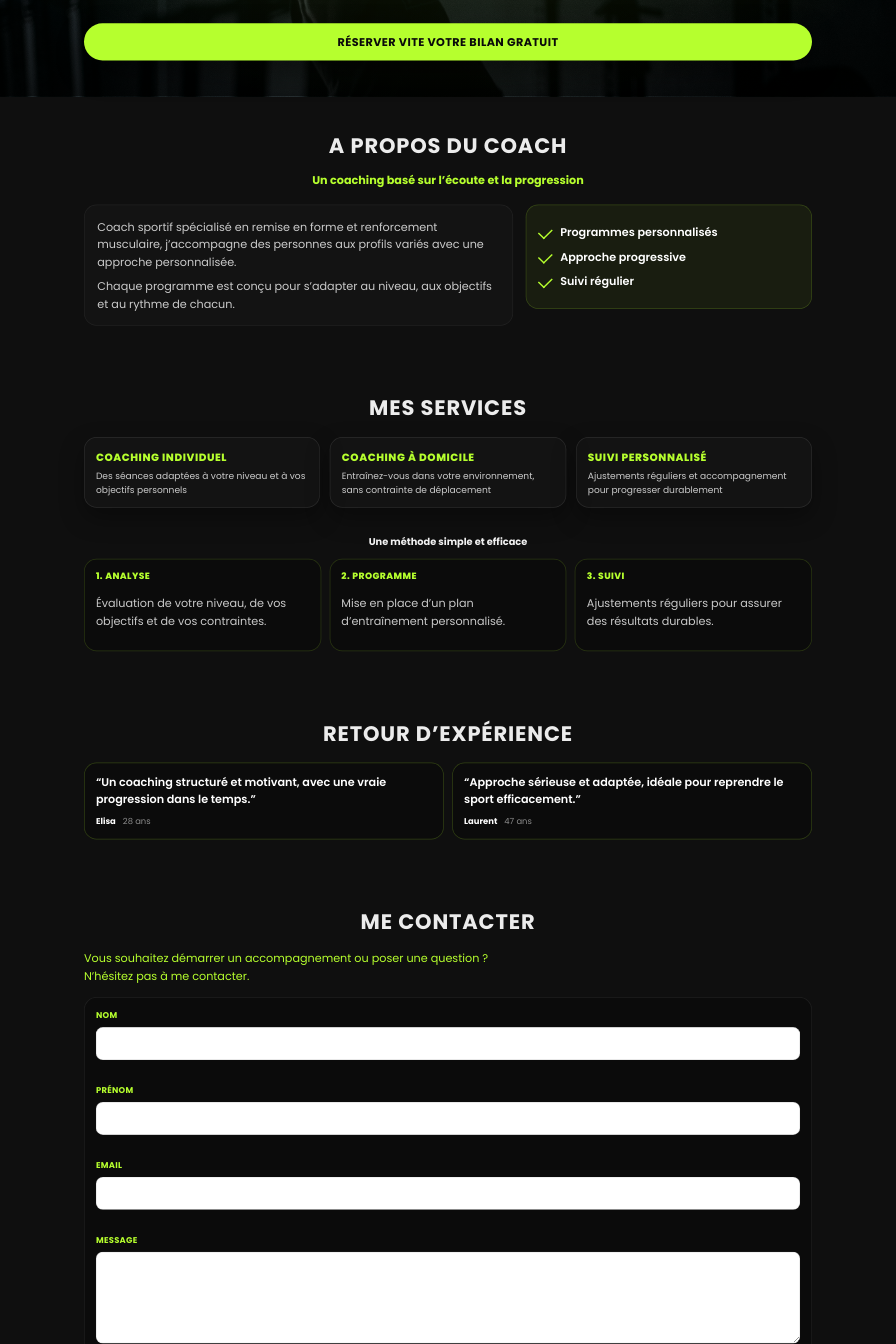
Repository: ThomasHdrd/CoachFitness
Page: index.html
These files come from the project's save history. The page is drawn as it stood at one moment and after the next save; the edit follows.
The browser window is 1280 px wide. The pictures show the part of the page from y = 375 to 2295 px (the page is 3008 px tall before and 3021 px after), at 70% of full size.

Above is the page before, as saved 2026-01-20 22:03:55.

### index.html
<!doctype html>
<html lang="fr">
<head>
  <meta charset="utf-8" />
  <meta name="viewport" content="width=device-width, initial-scale=1" />
  <title>Coach Fitness — Landing Page</title>

  <!-- Poppins -->
  <link rel="preconnect" href="https://fonts.googleapis.com">
  <link rel="preconnect" href="https://fonts.gstatic.com" crossorigin>
  <link href="https://fonts.googleapis.com/css2?family=Poppins:wght@300;400;500;600;700;800&display=swap" rel="stylesheet">

  <link rel="stylesheet" href="styles.css" />
</head>
<body>
  <!-- Header -->
  <header class="site-header" id="top">
    <div class="container header-inner">
      <a class="brand" href="#top" aria-label="Retour en haut">
        <span class="brand-dot" aria-hidden="true"></span>
        <span class="brand-text">Coach Fitness</span>
      </a>

      <button class="nav-toggle" aria-controls="site-nav" aria-expanded="false">
        <span class="sr-only">Ouvrir le menu</span>
        <span class="burger" aria-hidden="true"></span>
      </button>

      <nav class="site-nav" id="site-nav" aria-label="Navigation principale">
        <a class="nav-link" href="#accueil">Accueil</a>
        <a class="nav-link" href="#apropos">A propos</a>
        <a class="nav-link" href="#services">Services</a>
        <a class="nav-link" href="#avis">Avis</a>
        <a class="nav-link nav-cta" href="#contact">Contact</a>
      </nav>
    </div>
  </header>

  <main>
    <!-- HERO -->
    <section class="hero" id="accueil">
      <div class="hero-overlay" aria-hidden="true"></div>
      <div class="container hero-content">
        <p class="hero-kicker">Coaching sportif personnalisé</p>
        <h1 class="hero-title accent">Atteignez vos objectifs. Progressez durablement</h1>
        <p class="hero-subtitle">
          Un accompagnement sportif sur mesure, adapté à votre niveau et à votre rythme
        </p>
        <a class="btn btn-primary" href="#contact">RÉSERVER VITE VOTRE BILAN GRATUIT</a>
      </div>
    </section>

    <!-- A PROPOS -->
    <section class="section" id="apropos">
      <div class="container">
        <h2 class="section-title">A PROPOS DU COACH</h2>
        <h3 class="section-lead accent">Un coaching basé sur l’écoute et la progression</h3>

        <div class="about-grid">
          <div class="about-text">
            <p class="muted">
              Coach sportif spécialisé en remise en forme et renforcement musculaire, j’accompagne des personnes aux profils variés
              avec une approche personnalisée.
            </p>
            <p class="muted">
              Chaque programme est conçu pour s’adapter au niveau, aux objectifs et au rythme de chacun.
            </p>
          </div>

          <ul class="checks">
            <li>Programmes personnalisés</li>
            <li>Approche progressive</li>
            <li>Suivi régulier</li>
          </ul>
        </div>
      </div>
    </section>

    <!-- SERVICES -->
    <section class="section" id="services">
      <div class="container">
        <h2 class="section-title">MES SERVICES</h2>

        <div class="cards">
          <article class="card">
            <h3 class="card-title accent">COACHING INDIVIDUEL</h3>
            <p class="card-text">Des séances adaptées à votre niveau et à vos objectifs personnels</p>
          </article>

          <article class="card">
            <h3 class="card-title accent">COACHING À DOMICILE</h3>
            <p class="card-text">Entraînez-vous dans votre environnement, sans contrainte de déplacement</p>
          </article>

          <article class="card">
            <h3 class="card-title accent">SUIVI PERSONNALISÉ</h3>
            <p class="card-text">Ajustements réguliers et accompagnement pour progresser durablement</p>
          </article>
        </div>

        <div class="method">
          <h3 class="method-title">Une méthode simple et efficace</h3>

          <div class="method-steps">
            <div class="step">
              <div class="step-num accent">1. ANALYSE</div>
              <p class="muted">Évaluation de votre niveau, de vos objectifs et de vos contraintes.</p>
            </div>
            <div class="step">
              <div class="step-num accent">2. PROGRAMME</div>
              <p class="muted">Mise en place d’un plan d’entraînement personnalisé.</p>
            </div>
            <div class="step">
              <div class="step-num accent">3. SUIVI</div>
              <p class="muted">Ajustements réguliers pour assurer des résultats durables.</p>
            </div>
          </div>
        </div>
      </div>
    </section>

    <!-- AVIS -->
    <section class="section" id="avis">
      <div class="container">
        <h2 class="section-title">RETOUR D’EXPÉRIENCE</h2>

        <div class="testimonials">
          <figure class="testimonial">
            <blockquote>
              “Un coaching structuré et motivant, avec une vraie progression dans le temps.”
            </blockquote>
            <figcaption>
              <span class="name">Elisa</span>
              <span class="meta">28 ans</span>
            </figcaption>
          </figure>

          <figure class="testimonial">
            <blockquote>
              “Approche sérieuse et adaptée, idéale pour reprendre le sport efficacement.”
            </blockquote>
            <figcaption>
              <span class="name">Laurent</span>
              <span class="meta">47 ans</span>
            </figcaption>
          </figure>
        </div>
      </div>
    </section>

    <!-- CONTACT -->
    <section class="section" id="contact">
      <div class="container">
        <h2 class="section-title">ME CONTACTER</h2>
        <p class="contact-lead accent">
          Vous souhaitez démarrer un accompagnement ou poser une question ?<br />
          N’hésitez pas à me contacter.
        </p>

        <form class="form" id="contactForm" novalidate>
          <div class="field">
            <label for="nom">Nom</label>
            <input id="nom" name="nom" type="text" autocomplete="family-name" required />
            <small class="error" data-error-for="nom"></small>
          </div>

          <div class="field">
            <label for="prenom">Prénom</label>
            <input id="prenom" name="prenom" type="text" autocomplete="given-name" required />
            <small class="error" data-error-for="prenom"></small>
          </div>

          <div class="field">
            <label for="email">Email</label>
            <input id="email" name="email" type="email" autocomplete="email" required />
            <small class="error" data-error-for="email"></small>
          </div>

          <div class="field">
            <label for="message">Message</label>
            <textarea id="message" name="message" rows="5" required></textarea>
            <small class="error" data-error-for="message"></small>
          </div>

          <button class="btn btn-primary btn-wide" type="submit">ENVOYER</button>
          <p class="form-note muted" id="formStatus" role="status" aria-live="polite"></p>
        </form>
      </div>
    </section>

    <!-- FAQ -->
    <section class="section" id="faq">
      <div class="container">
        <h2 class="section-title">QUESTIONS FRÉQUENTES</h2>

        <div class="faq">
          <details class="faq-item" open>
            <summary>À qui s’adresse le coaching ?</summary>
            <div class="faq-body muted">
              Le coaching s’adresse à toute personne souhaitant reprendre le sport, améliorer sa condition physique ou atteindre un objectif précis
              (remise en forme, renforcement musculaire, perte de poids, bien-être). Les programmes sont adaptés au niveau, au rythme et aux contraintes de chacun.
            </div>
          </details>

          <details class="faq-item">
            <summary>Faut-il déjà être sportif pour commencer ?</summary>
            <div class="faq-body muted">
              Non. Le coaching s’adapte à votre niveau actuel. La progression est construite étape par étape, avec une intensité ajustée.
            </div>
          </details>

          <details class="faq-item">
            <summary>Comment se déroule le suivi ?</summary>
            <div class="faq-body muted">
              Après une analyse de votre situation, un programme personnalisé est mis en place puis ajusté régulièrement selon vos retours et votre progression.
            </div>
          </details>

          <details class="faq-item">
            <summary>Le coaching se fait-il à domicile ou en salle ?</summary>
            <div class="faq-body muted">
              Les deux sont possibles. Le format dépend de vos préférences, de votre matériel et de vos contraintes de planning.
            </div>
          </details>

          <details class="faq-item">
            <summary>Le premier échange est-il gratuit ?</summary>
            <div class="faq-body muted">
              Oui. Le premier échange permet de comprendre votre besoin et de déterminer l’accompagnement le plus adapté, sans engagement.
            </div>
          </details>
        </div>
      </div>
    </section>
  </main>

  <!-- Footer -->
  <footer class="site-footer">
    <div class="container footer-inner">
      <p class="footer-tag muted">Coaching personnalisé • Progression durable • Bien-être</p>
      <p class="footer-copy muted">© 2026 Coach Sportif Indépendant • Tous droits réservés.</p>
    </div>
  </footer>

  <script src="app.js" defer></script>
</body>
</html>

### styles.css
:root{
  --bg: #0F0F0F;            /* demandé */
  --bar: rgba(0,0,0,.90);   /* header/footer */
  --accent: #B6FF2E;        /* demandé */
  --text: #FFFFFF;
  --muted: rgba(255,255,255,.78);
  --muted2: rgba(255,255,255,.62);
  --line: rgba(182,255,46,.38);
  --card: rgba(255,255,255,.04);
  --shadow: 0 16px 40px rgba(0,0,0,.45);
  --radius: 14px;
  --radius-lg: 18px;
  --max: 1040px;
}

*{ box-sizing: border-box; }
html{ scroll-behavior: smooth; }
body{
  margin:0;
  font-family: "Poppins", system-ui, -apple-system, Segoe UI, Roboto, Arial, sans-serif;
  background: var(--bg);
  color: var(--text);
}

.container{
  width:min(100% - 40px, var(--max));
  margin-inline:auto;
}

.sr-only{
  position:absolute;
  width:1px;height:1px;
  padding:0;margin:-1px;
  overflow:hidden;clip:rect(0,0,0,0);
  white-space:nowrap;border:0;
}

/* Header */
.site-header{
  position: sticky;
  top: 0;
  z-index: 50;
  background: var(--bar);
  backdrop-filter: blur(8px);
  border-bottom: 1px solid rgba(255,255,255,.06);
}

.header-inner{
  height: 64px;
  display:flex;
  align-items:center;
  justify-content:space-between;
  gap: 14px;
}

.brand{
  display:flex;
  align-items:center;
  gap:10px;
  text-decoration:none;
  color: var(--text);
  font-weight: 700;
  letter-spacing:.3px;
}
.brand-dot{
  width:10px;height:10px;
  border-radius:999px;
  background: var(--accent);
  box-shadow: 0 0 0 6px rgba(182,255,46,.12);
}
.brand-text{ font-size: 14px; opacity:.95; }

.site-nav{
  display:flex;
  align-items:center;
  gap: 18px;
}
.nav-link{
  color: var(--text);
  text-decoration:none;
  font-size: 13px;
  opacity: .88;
  transition: opacity .2s ease, color .2s ease;
  padding: 10px 6px;
}
.nav-link:hover{ opacity:1; color: var(--accent); }

.nav-cta{
  border: 1px solid rgba(182,255,46,.45);
  border-radius: 999px;
  padding: 10px 14px;
}
.nav-cta:hover{
  background: rgba(182,255,46,.10);
}

/* Mobile nav */
.nav-toggle{
  display:none;
  border:0;
  background: transparent;
  color: var(--text);
  padding: 10px;
  border-radius: 10px;
}
.nav-toggle:hover{ background: rgba(255,255,255,.06); }
.burger{
  width: 22px; height: 2px;
  display:block;
  background: var(--text);
  position: relative;
}
.burger::before,.burger::after{
  content:"";
  position:absolute;
  left:0;
  width:22px;height:2px;
  background: var(--text);
}
.burger::before{ top:-7px; }
.burger::after{ top:7px; }

/* Hero */
.hero{
  position: relative;
  min-height: 50vh;
  display:flex;
  align-items:center;
  padding: 52px 0;
  background:
    linear-gradient(180deg, rgba(0,0,0,.55), rgba(0,0,0,.88)),
    url("assets/hero.jpg") center/cover no-repeat;
  background-position: center 30%;
}
.hero-overlay{
  position:absolute;
  inset:0;
  background: radial-gradient(1200px 600px at 50% 25%, rgba(182,255,46,.10), transparent 60%);
  pointer-events:none;
}
.hero-content{
  position:relative;
  text-align:center;
}
.hero-kicker{
  margin:0 0 10px;
  font-size: 56px;
  max-width: fit-content;
  letter-spacing: .6px;
  text-transform: uppercase;
  font-weight: bold;
}
.hero-title{
  margin: 0 auto;
  font-size: 40px;
  max-width: fit-content;
  margin:0 0 10px;
}
.hero-title .accent{
  display:block;
  color: var(--accent);
  font-weight: 800;
  text-transform:none;
  margin-top: 8px;
  max-width: fit-content;
}
.hero-subtitle{
  margin: 16px auto 22px;
  padding-top: 30px;
  color: var(--muted);
  font-size: 25px;
  line-height: 1.55;
  padding-bottom: 30px;
}

/* Buttons */
.btn{
  display:inline-flex;
  align-items:center;
  justify-content:center;
  gap:10px;
  text-decoration:none;
  border: 0;
  cursor:pointer;
  font-weight: 700;
  letter-spacing: .6px;
  text-transform: uppercase;
  border-radius: 999px;
  padding: 14px 18px;
  box-shadow: var(--shadow);
}
.btn-primary{
  background: var(--accent);
  color: #0A0A0A;
  width: 100%;
}
.btn-primary:hover{
  background: transparent;
  border: 1px solid var(--accent);
  color: var(--accent);
  filter: brightness(.95);
}
.btn-wide{ width: 100%; margin-top: 10px; }

/* Sections */
.section{
  padding: 48px 0;
}
.section-title{
  text-align:center;
  margin: 0 0 14px;
  font-size: 30px;
  letter-spacing: 1.2px;
  text-transform: uppercase;
  opacity: .92;
}
.section-lead{
  text-align:center;
  margin: 0 0 22px;
  font-size: 16px;
  font-weight: 700;
}
.accent{ color: var(--accent); }
.muted{ color: var(--muted); }
.muted2{ color: var(--muted2); }

/* About */
.about-grid{
  display:grid;
  gap: 18px;
  align-items:start;
}
.about-text{
  background: rgba(255,255,255,.02);
  border: 1px solid rgba(255,255,255,.06);
  border-radius: var(--radius-lg);
  padding: 18px;
}
.about-text p{ margin: 0 0 10px; }
.about-text p:last-child{ margin-bottom: 0; }

.checks{
  list-style:none;
  margin:0;
  padding: 16px 18px;
  border-radius: var(--radius-lg);
  border: 1px solid rgba(182,255,46,.20);
  background: rgba(182,255,46,.06);
}
.checks li{
  position: relative;
  padding-left: 30px;
  margin: 10px 0;
  font-weight: 600;
}
.checks li::before{
  content:"";
  position:absolute;
  left:0; top: 6px;
  width: 16px; height: 10px;
  border-left: 2px solid var(--accent);
  border-bottom: 2px solid var(--accent);
  transform: rotate(-45deg);
}

/* Cards */
.cards{
  display:grid;
  gap: 14px;
  margin-top: 18px;
}
.card{
  background: rgba(255,255,255,.02);
  border: 1px solid rgba(255,255,255,.10);
  border-radius: var(--radius-lg);
  padding: 16px 16px 14px;
  box-shadow: 0 14px 34px rgba(0,0,0,.35);
}
.card-title{
  margin:0 0 6px;
  font-size: 15px;
  font-weight: 800;
  text-transform: uppercase;
  letter-spacing: .8px;
}
.card-text{
  margin:0;
  color: var(--muted);
  font-size: 13px;
  line-height: 1.55;
}

/* Method */
.method{
  margin-top: 26px;
  padding-top: 12px;
}
.method-title{
  text-align:center;
  margin: 0 0 14px;
  font-size: 14px;
  font-weight: 700;
  opacity: .95;
}
.method-steps{
  display:grid;
  gap: 12px;
}
.step{
  border: 1px solid rgba(182,255,46,.18);
  background: rgba(0,0,0,.25);
  border-radius: var(--radius-lg);
  padding: 14px 16px;
}
.step-num{
  font-weight: 800;
  letter-spacing: .6px;
  text-transform: uppercase;
  font-size: 13px;
  margin-bottom: 6px;
}

/* Testimonials */
.testimonials{
  display:grid;
  gap: 12px;
  margin-top: 18px;
}
.testimonial{
  margin:0;
  border: 1px solid rgba(182,255,46,.22);
  background: rgba(0,0,0,.25);
  border-radius: var(--radius-lg);
  padding: 16px;
}
.testimonial blockquote{
  margin:0 0 10px;
  color: var(--text);
  font-weight: 600;
  line-height: 1.5;
}
.testimonial figcaption{
  display:flex;
  gap: 10px;
  align-items:baseline;
  color: var(--muted2);
  font-size: 12px;
}
.testimonial .name{ color: var(--text); font-weight: 700; }
.testimonial .meta{ opacity:.85; }

/* Form */
.form{
  margin-top: 18px;
  border-radius: var(--radius-lg);
  border: 1px solid rgba(255,255,255,.08);
  background: rgba(0,0,0,.25);
  padding: 16px;
}
.field{ margin-bottom: 12px; }
label{
  display:block;
  font-size: 12px;
  font-weight: 700;
  letter-spacing: .4px;
  margin-bottom: 8px;
  color: var(--accent);
  text-transform: uppercase;
}
input, textarea{
  width:100%;
  font-family: inherit;
  font-size: 14px;
  color: #0A0A0A;
  background: #FFFFFF;
  border: 1px solid rgba(0,0,0,.12);
  border-radius: 10px;
  padding: 12px 12px;
  outline: none;
}
textarea{ resize: vertical; min-height: 110px; }
input:focus, textarea:focus{
  box-shadow: 0 0 0 4px rgba(182,255,46,.20);
  border-color: rgba(182,255,46,.55);
}
.error{
  display:block;
  min-height: 16px;
  margin-top: 6px;
  font-size: 12px;
  color: #FF6B6B;
}
.form-note{
  margin: 10px 0 0;
  font-size: 12px;
}

/* FAQ */
.faq{
  margin-top: 18px;
  border-radius: var(--radius-lg);
  overflow:hidden;
  border: 1px solid rgba(182,255,46,.16);
  background: rgba(0,0,0,.25);
}
.faq-item{
  border-top: 1px solid rgba(182,255,46,.12);
}
.faq-item:first-child{ border-top: 0; }
.faq-item summary{
  list-style:none;
  cursor:pointer;
  padding: 14px 16px;
  font-weight: 700;
  font-size: 13px;
  position: relative;
}
.faq-item summary::-webkit-details-marker{ display:none; }
.faq-item summary::after{
  content:"+";
  position:absolute;
  right: 16px;
  top: 10px;
  width: 28px; height: 28px;
  display:grid;
  place-items:center;
  border-radius: 999px;
  color: var(--accent);
  border: 1px solid rgba(182,255,46,.28);
  background: rgba(182,255,46,.08);
}
.faq-item[open] summary::after{ content:"–"; }
.faq-body{
  padding: 0 16px 16px;
  font-size: 13px;
  line-height: 1.6;
}

/* Footer */
.site-footer{
  background: var(--bar);
  border-top: 1px solid rgba(255,255,255,.06);
  padding: 18px 0;
}
.footer-inner{
  text-align:center;
  display:grid;
  gap: 8px;
}
.footer-tag, .footer-copy{
  margin:0;
  font-size: 12px;
}

/* Responsive */
@media (min-width: 820px){
  .hero-content{ text-align:center; }
  .about-grid{
    grid-template-columns: 1.2fr .8fr;
    gap: 18px;
  }
  .cards{
    grid-template-columns: repeat(3, 1fr);
  }
  .method-steps{
    grid-template-columns: repeat(3, 1fr);
  }
  .testimonials{
    grid-template-columns: repeat(2, 1fr);
  }
}

/* Mobile nav behavior */
@media (max-width: 760px){
  .nav-toggle{ display:inline-flex; }
  .site-nav{
    position: fixed;
    inset: 64px 12px auto 12px;
    background: rgba(0,0,0,.95);
    border: 1px solid rgba(255,255,255,.08);
    border-radius: 16px;
    padding: 12px;
    display:none;
    flex-direction: column;
    gap: 6px;
    box-shadow: 0 18px 50px rgba(0,0,0,.6);
  }
  .site-nav.is-open{ display:flex; }
  .nav-link{ width:100%; text-align:center; padding: 12px; }
  .nav-cta{ width:100%; }
}

### app.js
// Mobile menu toggle
const toggle = document.querySelector('.nav-toggle');
const nav = document.querySelector('#site-nav');

if (toggle && nav) {
  toggle.addEventListener('click', () => {
    const isOpen = nav.classList.toggle('is-open');
    toggle.setAttribute('aria-expanded', String(isOpen));
  });

  // Close menu on link click (mobile)
  nav.querySelectorAll('a').forEach(a => {
    a.addEventListener('click', () => {
      nav.classList.remove('is-open');
      toggle.setAttribute('aria-expanded', 'false');
    });
  });

  // Close on ESC
  document.addEventListener('keydown', (e) => {
    if (e.key === 'Escape') {
      nav.classList.remove('is-open');
      toggle.setAttribute('aria-expanded', 'false');
    }
  });
}

// FAQ: allow only one open at a time (optional premium behavior)
const faqItems = document.querySelectorAll('.faq-item');
faqItems.forEach((item) => {
  item.addEventListener('toggle', () => {
    if (item.open) {
      faqItems.forEach((other) => {
        if (other !== item) other.open = false;
      });
    }
  });
});

// Contact form validation (front only, demo)
const form = document.getElementById('contactForm');
const statusEl = document.getElementById('formStatus');

function setError(name, message) {
  const el = document.querySelector(`[data-error-for="${name}"]`);
  if (el) el.textContent = message || '';
}

function isEmail(v) {
  return /^[^\s@]+@[^\s@]+\.[^\s@]+$/.test(v);
}

if (form) {
  form.addEventListener('submit', (e) => {
    e.preventDefault();

    const data = new FormData(form);
    const nom = String(data.get('nom') || '').trim();
    const prenom = String(data.get('prenom') || '').trim();
    const email = String(data.get('email') || '').trim();
    const message = String(data.get('message') || '').trim();

    let ok = true;

    setError('nom', '');
    setError('prenom', '');
    setError('email', '');
    setError('message', '');
    if (statusEl) statusEl.textContent = '';

    if (!nom) { setError('nom', 'Veuillez renseigner votre nom.'); ok = false; }
    if (!prenom) { setError('prenom', 'Veuillez renseigner votre prénom.'); ok = false; }
    if (!email || !isEmail(email)) { setError('email', 'Veuillez renseigner un email valide.'); ok = false; }
    if (!message || message.length < 10) { setError('message', 'Veuillez écrire un message (min. 10 caractères).'); ok = false; }

    if (!ok) return;

    // Demo success
    form.reset();
    if (statusEl) statusEl.textContent = "Message envoyé (démo). Je reviens vers vous au plus vite.";
  });
}

After the next save:
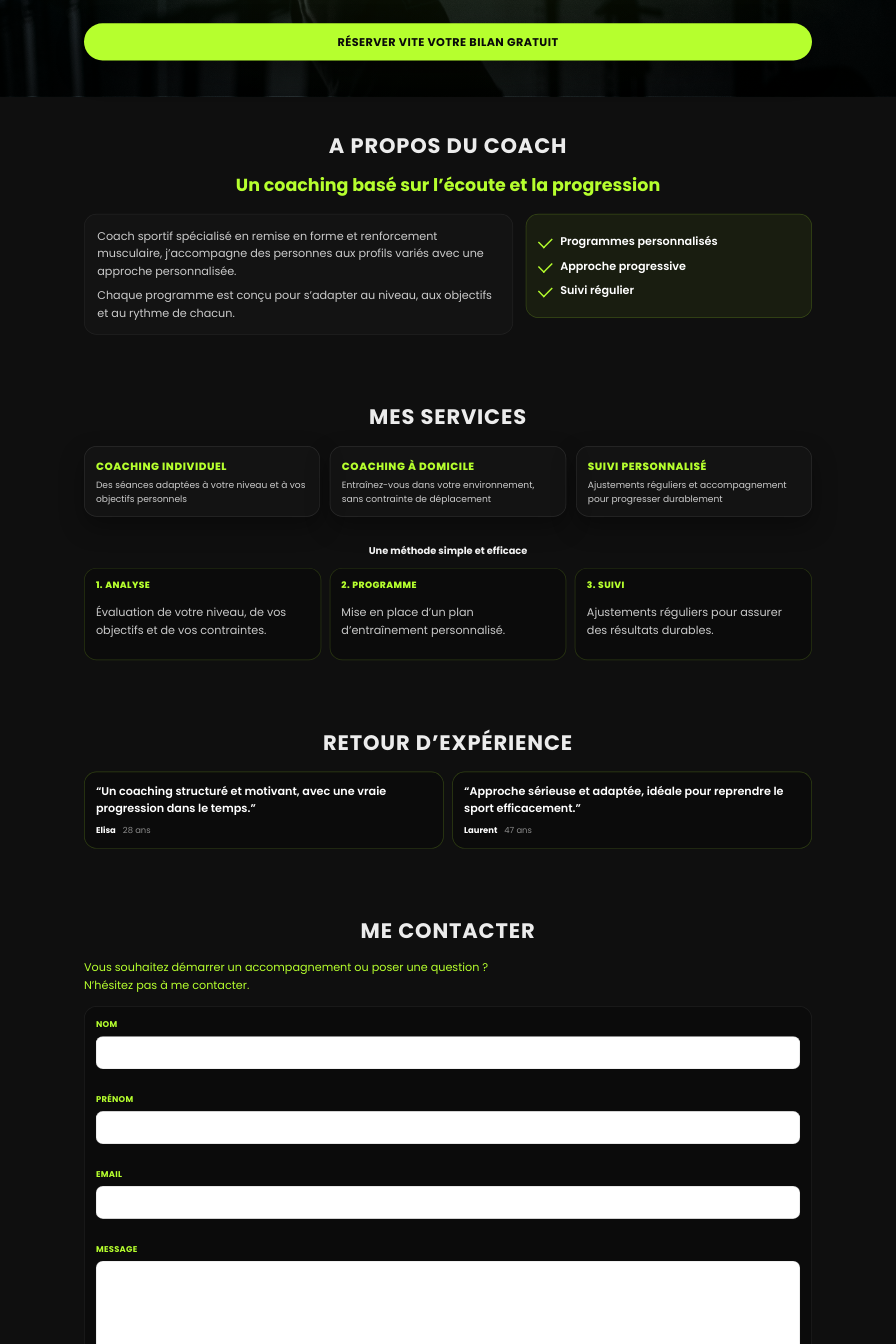
Saved 5 s later.
--- a/styles.css
+++ b/styles.css
@@ -217,7 +217,7 @@ body{
 .section-lead{
   text-align:center;
   margin: 0 0 22px;
-  font-size: 16px;
+  font-size: 25px;
   font-weight: 700;
 }
 .accent{ color: var(--accent); }
